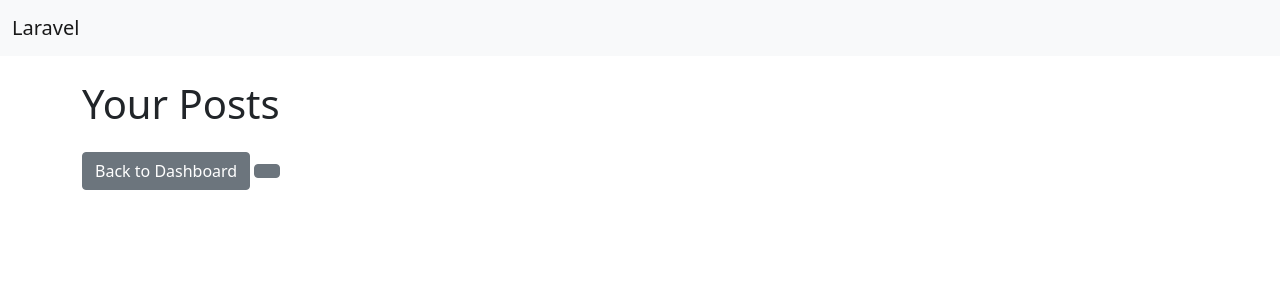
Repository: Abdulahi338/Authentication-using-laravel-11
Page: http://localhost/posts
These files come from the project's save history. The page is drawn as it stood at one moment and after the next save; the edit follows.
The browser window is 1280 px wide. The pictures show the whole page.
The page is served by the project's Laravel application, run on PHP 8.4 with Laravel 12. A made-up administrator, Test User (test@example.com), is signed in. Queries for data that is not in the repository find no rows.

Above is the page before, as saved 2024-10-16 13:54:04.

After the next save:
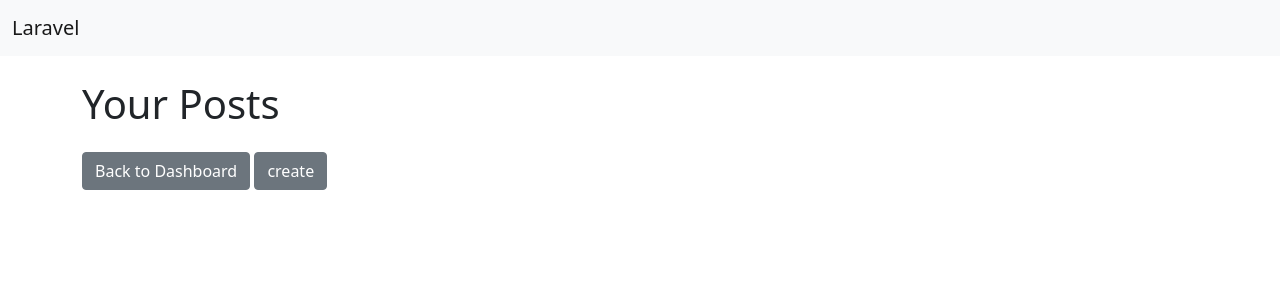
Saved 43 s later.
--- a/resources/views/posts/index.blade.php
+++ b/resources/views/posts/index.blade.php
@@ -23,7 +23,7 @@
 
         <div class="mt-4">
             <a class="btn btn-secondary" href="{{ route('dashboard') }}">Back to Dashboard</a>
-            <a class="btn btn-secondary" href="{{ route('dashboard') }}"></a>
+            <a class="btn btn-secondary" href="{{ route('dashboard') }}">create</a>
         </div>
     </div>
 @endsection
